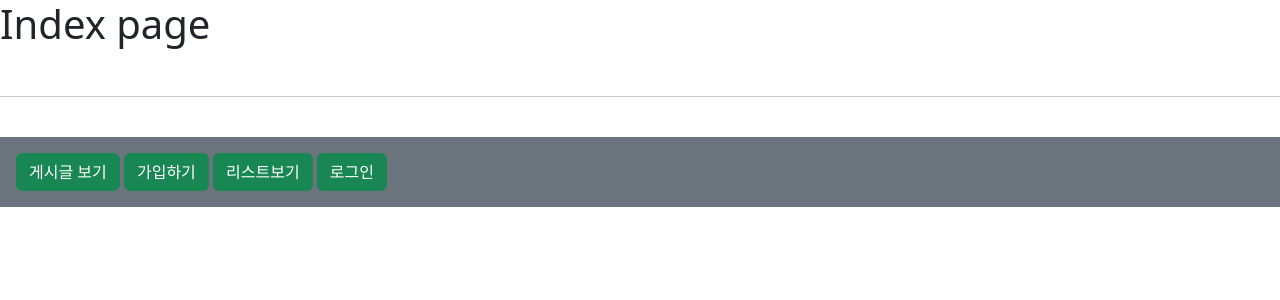
Repository: doridori890130/JSP
Page: http://localhost/jsp_project/mem/login_auth
An editor plug-in stored every save of this project. The page is shown before and after the next save, followed by the edit.
The browser window is 1280 px wide. The pictures show the whole page.
The page is served by Tomcat 9. Other server files are loaded and not shown. Queries for data that is not in the repository find no rows.

Above is the page before, as saved 2023-05-31 07:15:32.

### jsp_project4/jsp_project/src/main/webapp/index.jsp
<%@ page language="java" contentType="text/html; charset=UTF-8"
    pageEncoding="UTF-8"%>
<%@ taglib uri="http://java.sun.com/jsp/jstl/core" prefix="c" %>
<!DOCTYPE html>
<html>
<head>
<style type="text/css">
/* 	.bg-success {
	  --bs-bg-opacity: 1;
	  background-color: rgba(var(--bs-success-rgb), var(--bs-bg-opacity)) !important;
	} */
</style>
<meta charset="UTF-8">
<!-- CSS only -->
<link href="https://cdn.jsdelivr.net/npm/bootstrap@5.2.2/dist/css/bootstrap.min.css" rel="stylesheet" integrity="sha384-Zenh87qX5JnK2Jl0vWa8Ck2rdkQ2Bzep5IDxbcnCeuOxjzrPF/et3URy9Bv1WTRi" crossorigin="anonymous">
<title>index</title>
</head>
<body>
	<h1>Index page</h1>
	<br>
	<hr>
	<br>
	<div class="p-3 mb-2 bg-secondary text-white">
	<c:if test="${ses.id ne null }">
	${ses.id }님이 login 하였습니다. <br>
	${ses.id }님은 ${ses.age}세입니다. <br>
	계정생성일 : ${ses.reg_date }<br>
	마지막 접속 : ${ses.last_login }<br>

	</div>


<br>
<a href="/mem/modify"><button class="btn btn-primary">회원정보수정</button></a>
<a href="/mem/remove"><button class="btn btn-primary">회원탈퇴</button></a>

<br> <br> <br>
<a href="/brd/register"><button class="btn btn-success">게시글 작성</button></a>
</c:if>

<a href="/brd/page"><button class="btn btn-success">게시글 보기</button></a>
<a href="/mem/join"><button class="btn btn-success">가입하기</button></a>
<a href="/mem/list"><button class="btn btn-success">리스트보기</button></a>
<c:if test="${ses.id eq null }">
<a href="/mem/login"><button class="btn btn-success">로그인</button></a>
</c:if>
<c:if test="${ses.id ne null }">
<a href="/mem/logout"><button class="btn btn-info">로그아웃</button></a>
</c:if>

<script type="text/javascript">
const msg_login = `<c:out value="${msg_login}" />`;
console.log(msg_login);
if(msg_login === '0'){
	alert('로그인 정보가 올바르지 않습니다.');
}
</script>
</body>
</html>

### jsp_project4/jsp_project/src/main/java/Controller/MemberController.java
package Controller;

import java.io.IOException;
import java.util.List;

import javax.servlet.RequestDispatcher;
import javax.servlet.ServletException;
import javax.servlet.annotation.WebServlet;
import javax.servlet.http.HttpServlet;
import javax.servlet.http.HttpServletRequest;
import javax.servlet.http.HttpServletResponse;
import javax.servlet.http.HttpSession;

import org.slf4j.Logger;
import org.slf4j.LoggerFactory;

import domain.MemberVO;
import service.MemberService;
import service.MemberServiceImpl;

/**
 * Servlet implementation class MemberController
 */
@WebServlet("/mem/*")
public class MemberController extends HttpServlet {
	private static final long serialVersionUID = 1L;
	private static Logger log = LoggerFactory.getLogger(MemberController.class);
	private RequestDispatcher rdp; // 웹의 목적지 주소로 객체를 전달해주는 객체
    private String destpage;
    private int isOk;
    private MemberService msv;

    public MemberController() {
        msv = new MemberServiceImpl();
    }


	protected void service(HttpServletRequest request, HttpServletResponse response) throws ServletException, IOException {
		//characterENcoding 설정
		request.setCharacterEncoding("utf-8");
		response.setCharacterEncoding("utf-8");
		response.setContentType("text/html; charset=utf-8");

		String uri = request.getRequestURI();
		log.info(">>> uri : "+uri);
		String path = uri.substring(uri.lastIndexOf("/")+1);
		log.info(">>> path : "+path);

		switch(path) {
		case "join":
			destpage="/member/join.jsp";
			break;
		case "register":
			try {
				String id = request.getParameter("id");
				String password = request.getParameter("password");
				String email = request.getParameter("email");
				int age = Integer.parseInt(request.getParameter("age"));
				MemberVO mvo = new MemberVO(id,password,email,age);
				isOk = msv.register(mvo);
			} catch (Exception e) {
				e.printStackTrace();
			}
			break;
		case "login":
			destpage="/member/login.jsp";
			break;
		case "login_auth":
			try {
				String id = request.getParameter("id");
				String password = request.getParameter("password");
				MemberVO mvo= new MemberVO(id,password);
				MemberVO loginMvo = msv.login(mvo);
				if(loginMvo != null) {
					HttpSession ses = request.getSession();
					ses.setAttribute("ses", loginMvo);
					ses.setMaxInactiveInterval(10*60);
				}else {
					request.setAttribute("msg_login", 0);
				}
				destpage="/";
			} catch (Exception e) {
				e.printStackTrace();
			}
			break;
		case "logout":
			try {
				HttpSession ses = request.getSession();
				MemberVO mvo = (MemberVO )ses.getAttribute("ses");
				String id = mvo.getId();
				isOk = msv.lastlogin(id);
				ses.invalidate();

			} catch (Exception e) {
				e.printStackTrace();
			}
			destpage="/";
			break;
		case "modify":
			destpage="/member/modify.jsp";
			break;
		case "edit" :
			try {
				MemberVO mvo = new MemberVO(
						request.getParameter("id"),
						request.getParameter("password"),
						request.getParameter("email"),
						Integer.parseInt(request.getParameter("age")),
						request.getParameter("reg_date"),
						request.getParameter("last_login"));
				isOk=msv.modify(mvo);
				if(isOk>0) {
					request.setAttribute("mvo", mvo);
					HttpSession ses = request.getSession();
					ses.setAttribute("ses", mvo);
				}
				destpage="/";
			} catch (Exception e) {
				e.printStackTrace();
			}
			break;
		case "list" :
			try {
				List<MemberVO> list = msv.getList();
				request.setAttribute("list", list);
				destpage="/member/list.jsp";
			} catch (Exception e) {
				e.printStackTrace();
			}
			break;
		case "remove":
			try {
				HttpSession ses = request.getSession();
				MemberVO reMvo = (MemberVO)ses.getAttribute("ses");
				String delId= reMvo.getId();
				isOk = msv.remove(delId);
				ses.invalidate();
				destpage="/";
			} catch (Exception e) {
				e.printStackTrace();
			}
			break;
		}


		rdp = request.getRequestDispatcher(destpage);
		rdp.forward(request, response);
	}


	protected void doGet(HttpServletRequest request, HttpServletResponse response) throws ServletException, IOException {
		service(request,response);
	}


	protected void doPost(HttpServletRequest request, HttpServletResponse response) throws ServletException, IOException {
		service(request,response);
	}

}

### jsp_project4/jsp_project/src/main/java/service/MemberServiceImpl.java
package service;

import java.util.List;

import org.slf4j.Logger;
import org.slf4j.LoggerFactory;

import domain.MemberVO;
import repository.MemberDAO;
import repository.MemberDAOImpl;

public class MemberServiceImpl implements MemberService {
	private static Logger log = LoggerFactory.getLogger(MemberServiceImpl.class);
	private MemberDAO mdao;

	public MemberServiceImpl() {
		mdao= new MemberDAOImpl();
	}

	@Override
	public int register(MemberVO mvo) {
		log.info(">>register service");
		return mdao.register(mvo);
	}

	@Override
	public MemberVO login(MemberVO mvo) {
		log.info(">>login service");
		return mdao.login(mvo);
	}

	@Override
	public int lastlogin(String id) {
		log.info(">>lastlogin service");
		return mdao.lastlogin(id);
	}

	@Override
	public int modify(MemberVO mvo) {
		log.info(">>lastlogin service");
		return mdao.modify(mvo);
	}

	@Override
	public List<MemberVO> getList() {
		log.info(">>lastlogin service");
		return mdao.list();
	}

	@Override
	public int remove(String delId) {
		log.info(">>lastlogin service");
		return mdao.remove(delId);
	}
}

### jsp_project4/jsp_project/src/main/java/repository/MemberDAO.java
package repository;

import java.util.List;

import domain.MemberVO;

public interface MemberDAO {

	int register(MemberVO mvo);

	MemberVO login(MemberVO mvo);

	int lastlogin(String id);

	int modify(MemberVO mvo);

	List<MemberVO> list();

	int remove(String delId);

}

### jsp_project4/jsp_project/src/main/java/repository/MemberDAOImpl.java
package repository;

import java.util.List;

import org.apache.ibatis.session.SqlSession;
import org.slf4j.Logger;
import org.slf4j.LoggerFactory;

import domain.MemberVO;
import orm.DatabaseBuilder;



public class MemberDAOImpl implements MemberDAO {
	private static Logger log = LoggerFactory.getLogger(MemberDAOImpl.class);
	private SqlSession sql;
	private String NS = "MemberMapper.";

	public MemberDAOImpl() {
		new DatabaseBuilder();
		sql= DatabaseBuilder.getFactory().openSession();
	}

	@Override
	public int register(MemberVO mvo) {
		int isOk=sql.insert(NS+"register",mvo);
		if(isOk>0) {
			sql.commit();
		}
		return isOk;
	}

	@Override
	public MemberVO login(MemberVO mvo) {

		return sql.selectOne(NS+"login",mvo);
	}

	@Override
	public int lastlogin(String id) {
		int isOk=sql.update(NS+"lastlogin",id);
		if(isOk>0) {
			sql.commit();
		}
		return isOk;
	}

	@Override
	public int modify(MemberVO mvo) {
		int isOk=sql.update(NS+"modify",mvo);
		if(isOk>0) {
			sql.commit();
		}
		return isOk;
	}

	@Override
	public List<MemberVO> list() {

		return sql.selectList(NS+"list");
	}

	@Override
	public int remove(String delId) {
		int isOk=sql.delete(NS+"del",delId);
		if(isOk>0) {
			sql.commit();
		}
		return isOk;
	}
}

### jsp_project4/jsp_project/src/main/java/orm/DatabaseBuilder.java
package orm;


import java.io.IOException;
import org.apache.ibatis.io.Resources;
import org.apache.ibatis.session.SqlSessionFactory;
import org.apache.ibatis.session.SqlSessionFactoryBuilder;
import org.slf4j.Logger;
import org.slf4j.LoggerFactory;

public class DatabaseBuilder {
	private static Logger log = LoggerFactory.getLogger(DatabaseBuilder.class);
	private static SqlSessionFactory factory;
	private static final String config = "orm/MybatisConfig.xml";

	static {
		try {
			factory = new SqlSessionFactoryBuilder().build(Resources.getResourceAsReader(config));

		} catch (IOException e) {
			log.info("Mybatis 설정오류");
			e.printStackTrace();
		}
	}
	public static SqlSessionFactory getFactory() {
		return factory;
	}
}

### jsp_project4/jsp_project/src/main/java/domain/MemberVO.java
package domain;

public class MemberVO {
//	create table meminfo(
//			mno int auto_increment,
//			id varchar(100),
//			password varchar(100),
//			email varchar(100),
//			age int,
//			reg_date datetime default now(),
//			last_login datetime default null,
//			primary key(mno));
	private int mno;
	private String id;
	private String password;
	private String email;
	private int age;
	private String reg_date;
	private String last_login;

	public MemberVO() {}
	//resister (id, passwor, email, age)
	public MemberVO(String id ,String password, String email, int age) {
		this.id=id;
		this.password=password;
		this.email=email;
		this.age=age;
	}

	// login
	public MemberVO(String id, String password) {
		this.id=id;
		this.password=password;
	}

	//list(id, email, age, reg_date, last_login)
	public MemberVO(String id, String email,int age,String reg_date , String last_login) {
		this.id=id;
		this.email=email;
		this.age=age;
		this.reg_date=reg_date;
		this.last_login=last_login;
	}
	//modify (password, age, email)
	public MemberVO(String password, int age, String email) {
		this.password=password;
		this.age=age;
		this.email=email;
	}
	public MemberVO(String id, String password, String email, int age, String reg_date, String last_login) {

		this.id = id;
		this.password = password;
		this.email = email;
		this.age = age;
		this.reg_date = reg_date;
		this.last_login = last_login;
	}
	public int getMno() {
		return mno;
	}
	public void setMno(int mno) {
		this.mno = mno;
	}
	public String getId() {
		return id;
	}
	public void setId(String id) {
		this.id = id;
	}
	public String getPassword() {
		return password;
	}
	public void setPassword(String password) {
		this.password = password;
	}
	public String getEmail() {
		return email;
	}
	public void setEmail(String email) {
		this.email = email;
	}
	public int getAge() {
		return age;
	}
	public void setAge(int age) {
		this.age = age;
	}
	public String getReg_date() {
		return reg_date;
	}
	public void setReg_date(String reg_date) {
		this.reg_date = reg_date;
	}
	public String getLast_login() {
		return last_login;
	}
	public void setLast_login(String last_login) {
		this.last_login = last_login;
	}
	@Override
	public String toString() {
		return "MemberVo [mno=" + mno + ", id=" + id + ", password=" + password + ", email=" + email + ", age=" + age
				+ ", reg_date=" + reg_date + ", last_login=" + last_login + "]";
	}

}

### jsp_project4/jsp_project/src/main/java/domain/BoardVO.java
package domain;

public class BoardVO {
	private int bno;
	private String title;
	private String writer;
	private String content;
	private String reg_date;
	private int read_count;
	private String image_file;

	public BoardVO() {}

	//register(title, writer, content)
	public BoardVO(String title, String writer, String content) {
		this.title = title;
		this.writer = writer;
		this.content = content;
	}
	//list(bno, title, writer, reg_date)
	public BoardVO(int bno, String title, String writer,
			String reg_date, int read_count) {
		this.bno = bno;
		this.title = title;
		this.writer = writer;
		this.reg_date = reg_date;
		this.read_count = read_count;
	}
	//detail(all)
	public BoardVO(int bno, String title, String writer, String content, String reg_date, int read_count, String image_file) {
		this.bno = bno;
		this.title = title;
		this.writer = writer;
		this.content = content;
		this.reg_date = reg_date;
		this.read_count = read_count;
		this.image_file = image_file;
	}

	//update(bno, title, content)
	public BoardVO(int bno, String title, String content) {
		this.bno = bno;
		this.title =title;
		this.content=content;
	}

	//getter/setter
	public int getBno() {
		return bno;
	}

	public void setBno(int bno) {
		this.bno = bno;
	}

	public String getTitle() {
		return title;
	}

	public int getRead_count() {
		return read_count;
	}

	public void setRead_count(int read_count) {
		this.read_count = read_count;
	}

	public void setTitle(String title) {
		this.title = title;
	}

	public String getWriter() {
		return writer;
	}

	public void setWriter(String writer) {
		this.writer = writer;
	}

	public String getContent() {
		return content;
	}

	public void setContent(String content) {
		this.content = content;
	}

	public String getReg_date() {
		return reg_date;
	}

	public void setReg_date(String reg_date) {
		this.reg_date = reg_date;
	}


	public String getImage_file() {
		return image_file;
	}

	public void setImage_file(String image_file) {
		this.image_file = image_file;
	}

	@Override
	public String toString() {
		return "BoardVO [bno=" + bno + ", title=" + title + ", writer=" + writer + ", content=" + content
				+ ", reg_date=" + reg_date + ", read_count=" + read_count + "]";
	}




}

### jsp_project4/jsp_project/src/main/java/domain/CommentVO.java
package domain;

public class CommentVO {
	private int cno;
	private int bno;
	private String writer;
	private String content;
	private String reg_date;

	public CommentVO() {}

	//post(bno, writer, content)
	public CommentVO(int bno, String writer, String content) {
	this.bno=bno;
	this.writer=writer;
	this.content=content;
	}
	//(writer, content, cno)
	public CommentVO(String writer, String content, int cno) {
	this.writer = writer;
	this.content = content;
	this.cno = cno;
	}
	//modify(cno, content)
	public CommentVO(int cno, String content) {
		this.cno = cno;
		this.content = content;
	}
	//list(bno, cno, writer, content, reg_date)
	public CommentVO(int bno, int cno, String writer, String content,
			String reg_date) {
		this(bno, writer, content);
		this.cno=cno;
		this.reg_date=reg_date;
	}

	public int getCno() {
		return cno;
	}

	public void setCno(int cno) {
		this.cno = cno;
	}

	public int getBno() {
		return bno;
	}

	public void setBno(int bno) {
		this.bno = bno;
	}

	public String getWriter() {
		return writer;
	}

	public void setWriter(String writer) {
		this.writer = writer;
	}

	public String getContent() {
		return content;
	}

	public void setContent(String content) {
		this.content = content;
	}

	public String getReg_date() {
		return reg_date;
	}

	public void setReg_date(String reg_date) {
		this.reg_date = reg_date;
	}

	@Override
	public String toString() {
		return "CommentVO [cno=" + cno + ", bno=" + bno + ", writer=" + writer + ", content=" + content + ", reg_date="
				+ reg_date + "]";
	}
}

### jsp_project4/jsp_project/src/main/java/domain/PagingVO.java
package domain;

public class PagingVO {
	private int pageNo;
	private int qty;

	private String type;
	private String keyword;

	public PagingVO() {
		this(1,10);
	}
	public PagingVO(int pageNo, int qty) {
		this.pageNo=pageNo;
		this.qty=qty;
	}

	public int getPageStart() {
		return (this.pageNo-1)*10;
	}

	public String[] gettypeToArray() {
		return this.type == null ? new String[] {} : this.type.split("");
	}
	public int getPageNo() {
		return pageNo;
	}
	public void setPageNo(int pageNo) {
		this.pageNo = pageNo;
	}
	public int getQty() {
		return qty;
	}
	public void setQty(int qty) {
		this.qty = qty;
	}
	public String getType() {
		return type;
	}
	public void setType(String type) {
		this.type = type;
	}
	public String getKeyword() {
		return keyword;
	}
	public void setKeyword(String keyword) {
		this.keyword = keyword;
	}
	@Override
	public String toString() {
		return "PagingVO [pageNo=" + pageNo + ", qty=" + qty + ", type=" + type + ", keyword=" + keyword + "]";
	}

}

After the next save:
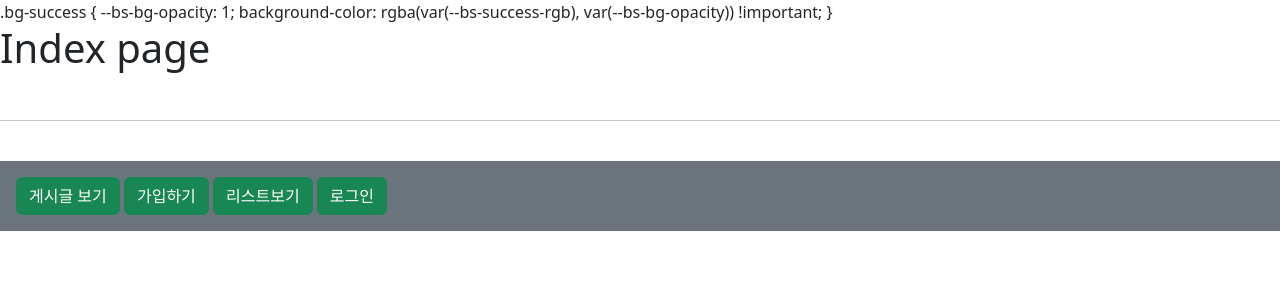
Saved 22 s later.
--- a/jsp_project4/jsp_project/src/main/webapp/index.jsp
+++ b/jsp_project4/jsp_project/src/main/webapp/index.jsp
@@ -4,12 +4,10 @@
 <!DOCTYPE html>
 <html>
 <head>
-<style type="text/css">
-/* 	.bg-success {
-	  --bs-bg-opacity: 1;
-	  background-color: rgba(var(--bs-success-rgb), var(--bs-bg-opacity)) !important;
-	} */
-</style>
+.bg-success {
+  --bs-bg-opacity: 1;
+  background-color: rgba(var(--bs-success-rgb), var(--bs-bg-opacity)) !important;
+}
 <meta charset="UTF-8">
 <!-- CSS only -->
 <link href="https://cdn.jsdelivr.net/npm/bootstrap@5.2.2/dist/css/bootstrap.min.css" rel="stylesheet" integrity="sha384-Zenh87qX5JnK2Jl0vWa8Ck2rdkQ2Bzep5IDxbcnCeuOxjzrPF/et3URy9Bv1WTRi" crossorigin="anonymous">
